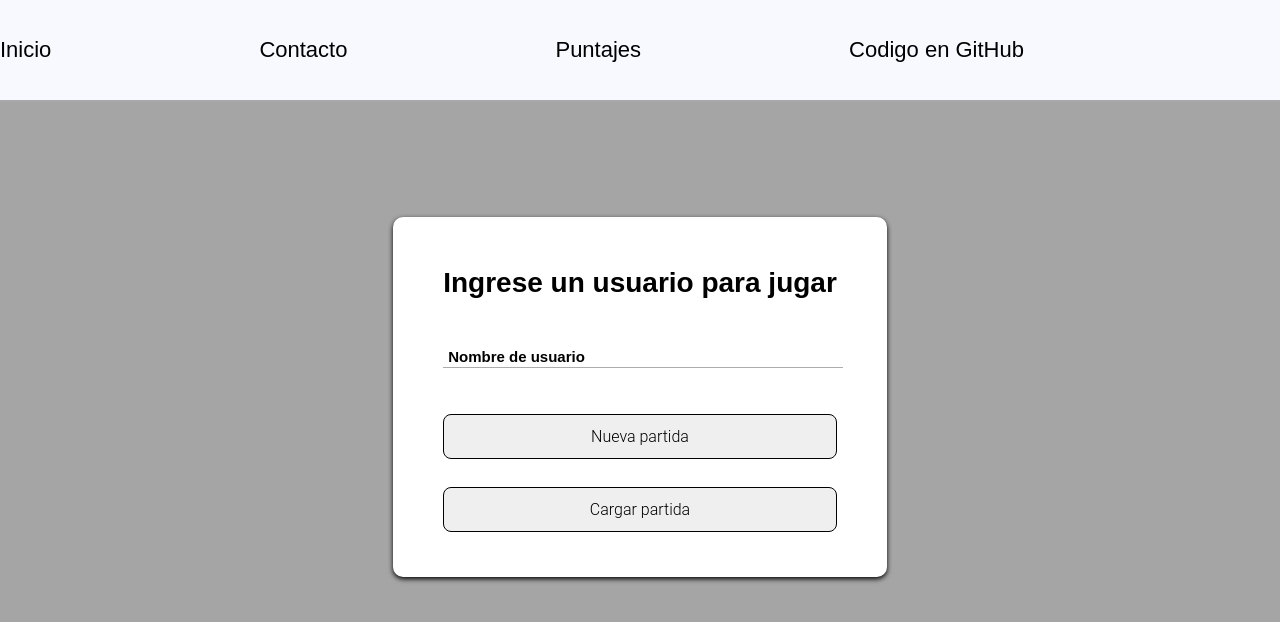
Repository: FacundoKinderknecht/FacundoKinderknecht_Wordle_Game_LPPA
Page: index.html
These files come from the project's save history. The page is drawn as it stood at one moment and after the next save; the edit follows.
The browser window is 1280 px wide. The pictures show the whole page.

Above is the page before, as saved 2023-08-08 02:55:02.

### index.html
<!DOCTYPE html>
<html lang="en">
    <head>
        <meta charset="UTF-8">
        <meta http-equiv="X-UA-Compatible" content="IE=edge">
        <meta name="viewport" content="width=device-width, initial-scale=1.0">
        <link rel ="stylesheet" href="/css/reset.css">
        <link rel="stylesheet" href="/css/index.css">
        <link rel="stylesheet" href="/css/styles.css">
        <script src="/js/index.js"></script>

        <title>Final LPPA Facundo Kinderknecht</title>
    </head>
    <body>
        <header>
            <nav class="navbar">
                <a href="">Inicio</a>
                <a href="">Contacto</a>
                <a href="">Puntajes</a>
                <a href="https://github.com/FacundoKinderknecht/FacundoKinderknecht_Wordle_Game_LPPA" target="_blank">Codigo en GitHub</a>
            </nav>
        </header>

        <div class="form-container">
            <form class="form-user">
                <h2 class="form-title">Ingrese un usuario para jugar</h2>
                <fieldset class="group-form">
                    <input class="form-txt" id="txt-user" placeholder="">
                    <label class="form-lbl" id="lbl-user" for="txt-user">Nombre de usuario</label>
                </fieldset>
                <input type="button" class="form-button" value="Nueva partida" id="btn-new">
                <input type="button" class="form-button" value="Cargar partida" id="btn-load">
            </form>
        </div>
    </body>
</html>

### css/reset.css
/* http://meyerweb.com/eric/tools/css/reset/
   v2.0 | 20110126
   License: none (public domain)
*/

html, body, div, span, applet, object, iframe,
h1, h2, h3, h4, h5, h6, p, blockquote, pre,
a, abbr, acronym, address, big, cite, code,
del, dfn, em, img, ins, kbd, q, s, samp,
small, strike, strong, sub, sup, tt, var,
b, u, i, center,
dl, dt, dd, ol, ul, li,
fieldset, form, label, legend,
table, caption, tbody, tfoot, thead, tr, th, td,
article, aside, canvas, details, embed,
figure, figcaption, footer, header, hgroup,
menu, nav, output, ruby, section, summary,
time, mark, audio, video {
	margin: 0;
	padding: 0;
	border: 0;
	font-size: 100%;
	font: inherit;
	vertical-align: baseline;
}

### css/index.css
form{
    background-color: white;
    margin: 100px auto;
    width: 90%;
    max-width: 400px;
    padding: 50px;
    padding-bottom: 25px;
    border-radius: 10px;
    box-shadow: 0px 2px 5px;
    text-align: center;
}

.form-title{
    font-size: 28px;
    margin-bottom: 40px;
    font-weight: 700;
}

.form-container{
    margin-top: 50px;
    display:flex;
    margin: auto;
}

.group-form{
    width: 100%;
    position: relative;
    margin-bottom: 30px;
}

.form-txt{
    width: 100%;
    background: none;
    margin-bottom: 8px;
    color: rgb(27, 27, 27);
    font-size: 16px;
    padding: 5px 3px;
    border:none;
    outline:none;
    border-bottom: 1px solid rgb(87, 87, 87, 0.49);
}

.form-txt:focus + .form-lbl, .form-txt:not(:placeholder-shown) + .form-lbl{
    transform: translateY(-13px) scale(0.9);
    transform-origin: left top;
}

.form-lbl{
    position:absolute;
    font-size: 15px;
    top:0;
    left:5px;
    font-weight: bold;
    transform: translateY(9px);
    transform-origin: left bottom;
    transition: transform .5s;
}

.form-txt-error{
    width: 100%;
    color:rgb(255, 0, 0);
    text-align: center;
}

.form-button{
    width: 100%;
    font-family: 'Roboto', sans-serif;
    font-weight: 300;
    font-size: 16px;
    padding: 12px 0px;
    border: 1px solid;
    border-radius: 8px;
    cursor: pointer;
    transition: background-color .3s;
    margin-top: 8px;
    margin-bottom: 20px;
}

.hidden{
    display: none;
}

### css/styles.css
body{
    font-family: Arial, Helvetica, sans-serif;
    background-color: rgba(0, 0, 0, 0.351);
    display:flex;
    align-items: center;
    flex-direction: column;
}

header{
    width: 100%;
    height: 100px;
    margin-bottom: 15px;
    display: flex;
    justify-content: justify-content;
    align-items: center;
    background-color: ghostwhite;
    border-bottom: 2px solid rgb(87, 87, 87, 0.49);
}

header nav{
    display:inherit;
    justify-content: space-between;
    width: 80%;
}

header nav a{
    text-decoration: none;
    font-weight: 400;
    font-size: 22px;
    color: black;
}

header nav a:hover{
    font-size: 30px;
}

header nav i{
    font-size: 22px;
}

.hidden {
    display:none;
}

Loaded but not shown: js/index.js (no stored copy; drawn as an empty file)

After the next save:
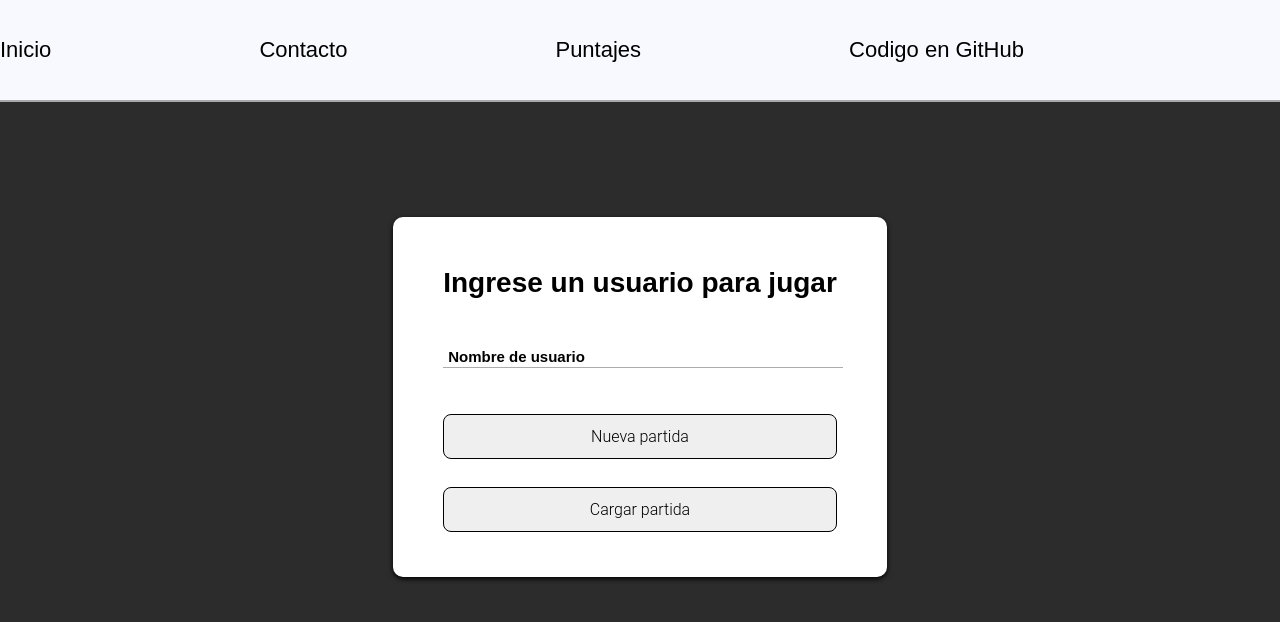
Saved 5 s later.
--- a/css/styles.css
+++ b/css/styles.css
@@ -1,6 +1,6 @@
 body{
     font-family: Arial, Helvetica, sans-serif;
-    background-color: rgba(0, 0, 0, 0.351);
+    background-color: rgba(0, 0, 0, 0.827);
     display:flex;
     align-items: center;
     flex-direction: column;
